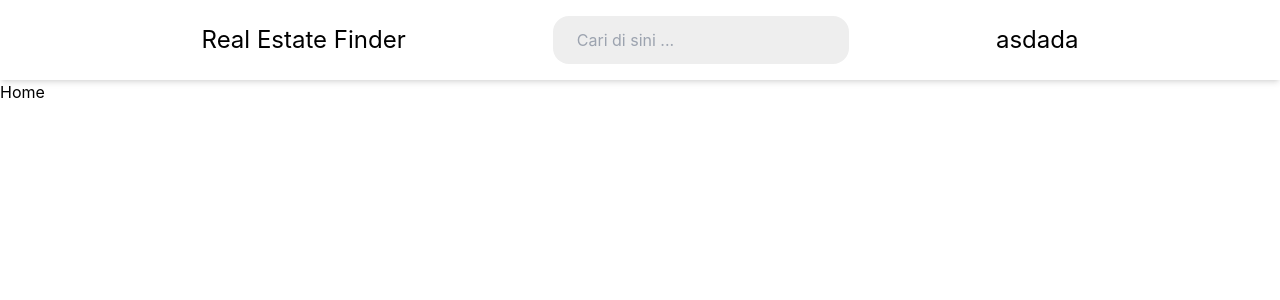
Repository: farrelmuhammad/real-estate-react
Page: /
An editor plug-in stored every save of this project. The page is shown before and after the next save, followed by the edit.
The browser window is 1280 px wide. The pictures show the whole page.
The project was rebuilt for these pictures with package versions that can differ from the ones it lists, and the page was loaded fresh each time. Also part of the build but not shown: src/App.css.

Above is the page before, as saved 2023-02-06 18:38:48.

### src/App.js
import logo from "./logo.svg";
import "./App.css";
import { Route, Routes } from "react-router-dom";
import Home from "./pages/Home";

function App() {
  return (
    <Routes>
      <Route exact path="/" element={<Home />} />
    </Routes>
  );
}

export default App;

### src/pages/Home.jsx
import React from 'react'
import Navbar from '../components/Navbar'

const Home = () => {
    return (
        <>
            <Navbar />
            <div>Home</div>
        </>
    )
}

export default Home

### src/components/Navbar.jsx
import React from 'react'

const Navbar = () => {
    return (
        <>
            <nav
                className="sticky top-0 w-full flex items-center justify-between py-4 bg-white text-black shadow-none lg:shadow-md navbar navbar-expand-lg navbar-light px-5 z-40"
            >
                <div className="container-fluid w-full flex flex-wrap items-center justify-between lg:justify-around lg:max-w-screen-lg lg:mx-auto">
                    {/* <div className="bg-purple-5 px-3 py-2 text-xl text-black font-extralight">SecondHand</div> */}
                    <div className="w-8 lg:w-auto lg:flex-grow-0">
                        <div className="lg:flex gap-4 items-center text-2xl hidden">
                            {/* <FiList /> */}
                            <h1>Real Estate Finder</h1>
                        </div>
                    </div>
                    <div className="hidden lg:flex gap-5 items-center lg:flex-grow-0">
                        <div className="h-12 bg-white rounded-2xl py-3 px-6 text-neutral-3 flex lg:bg-[#EEEEEE]">
                            <input
                                className="w-full h-full bg-transparent focus:outline-none"
                                placeholder="Cari di sini ..."
                            />
                            {/* <FiSearch className="text-2xl" /> */}
                        </div>
                    </div>


                    <div className="w-8 lg:w-auto lg:flex-grow-0">
                        <div className="lg:flex gap-4 items-center text-2xl hidden">
                            {/* <FiList /> */}
                            asdada
                        </div>
                    </div>
                </div>
            </nav>

        </>
    )
}

export default Navbar

Loaded but not shown: public/index.html (common file); src/index.js (common file); src/index.css (common file); src/reportWebVitals.js (common file); tailwind.config.js (common file)

After the next save:
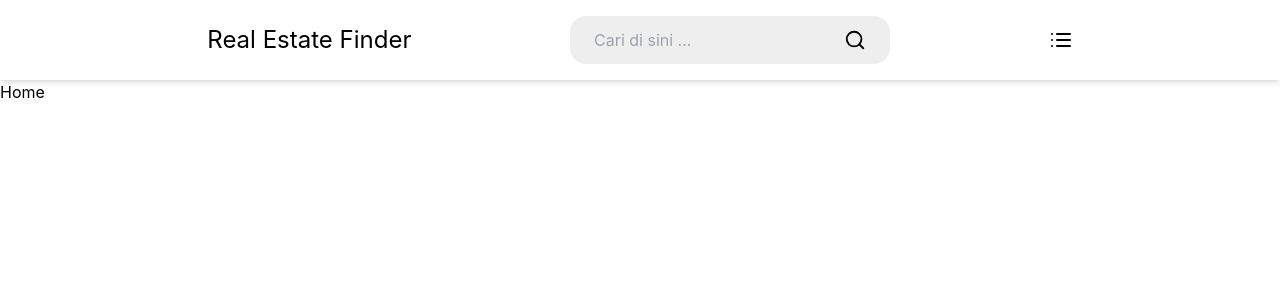
Saved 23 min 25 s later.
--- a/src/components/Navbar.jsx
+++ b/src/components/Navbar.jsx
@@ -1,4 +1,5 @@
 import React from 'react'
+import { FiSearch, FiList } from "react-icons/fi";
 
 const Navbar = () => {
     return (
@@ -20,15 +21,15 @@ const Navbar = () => {
                                 className="w-full h-full bg-transparent focus:outline-none"
                                 placeholder="Cari di sini ..."
                             />
-                            {/* <FiSearch className="text-2xl" /> */}
+                            <FiSearch className="text-2xl" />
                         </div>
                     </div>
 
 
                     <div className="w-8 lg:w-auto lg:flex-grow-0">
                         <div className="lg:flex gap-4 items-center text-2xl hidden">
-                            {/* <FiList /> */}
-                            asdada
+                            <FiList />
+
                         </div>
                     </div>
                 </div>
